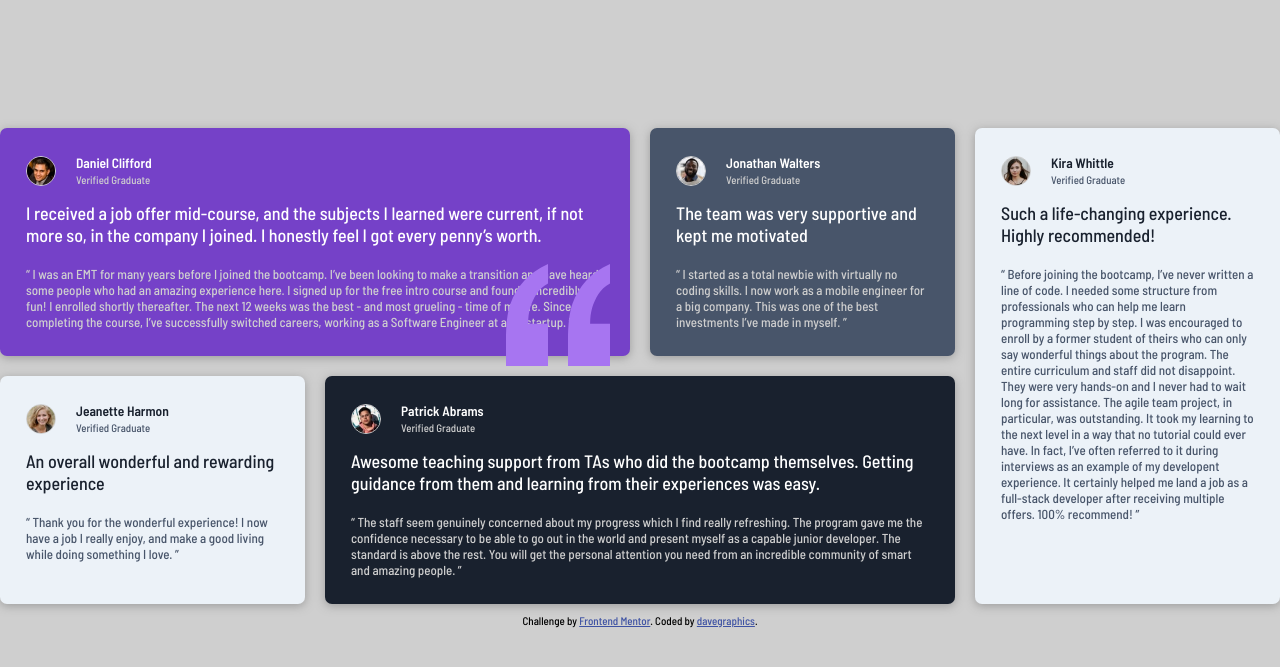
Repository: DejV44/testimonials_grid_section_main
Page: index.html
The author's editor kept a copy of each file at every save. The page is drawn from the files as they stood at one save, then again after the next save.
The browser window is 1280 px wide. The pictures show the whole page.
The style sheet was rebuilt from its Sass, Less or Tailwind sources for each picture, by a compiler version that may differ from the author's.

Above is the page before, as saved 2021-07-15 21:01:01.

After the next save:
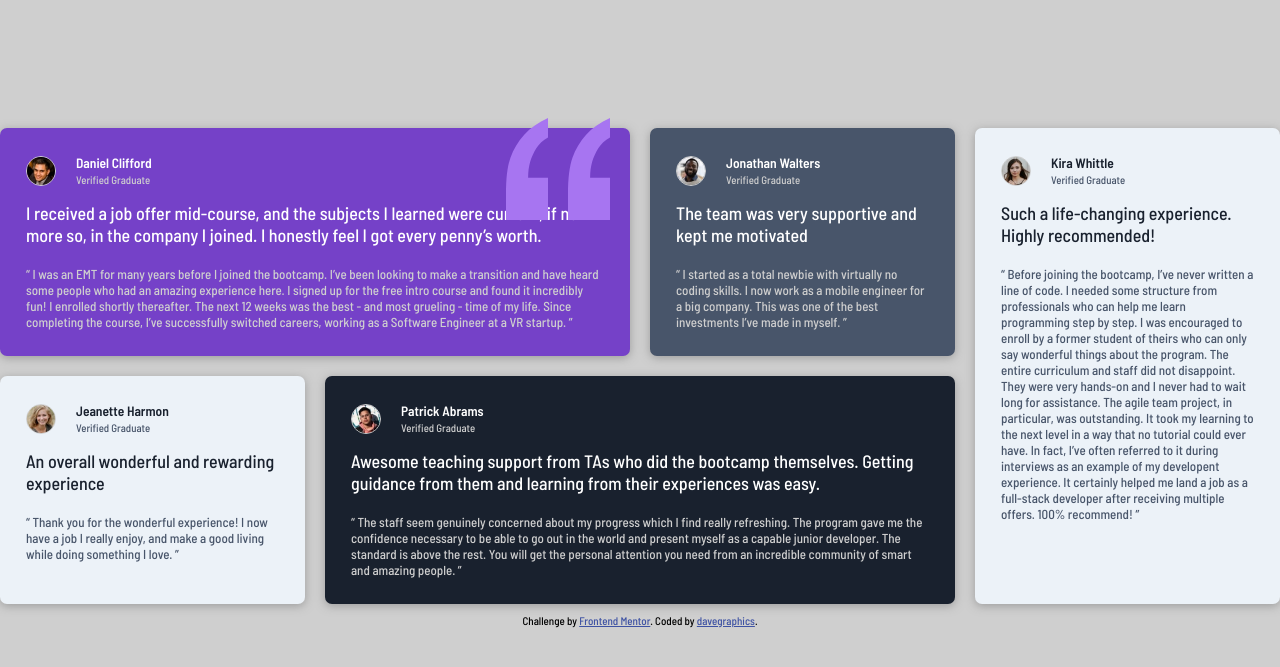
Saved 17 s later.
--- a/css/style.scss
+++ b/css/style.scss
@@ -34,7 +34,7 @@ body {
         .quoation {
             position: absolute;
             right: 20px;
-            bottom: -10px;
+            top: -10px;
 
         }
       }
